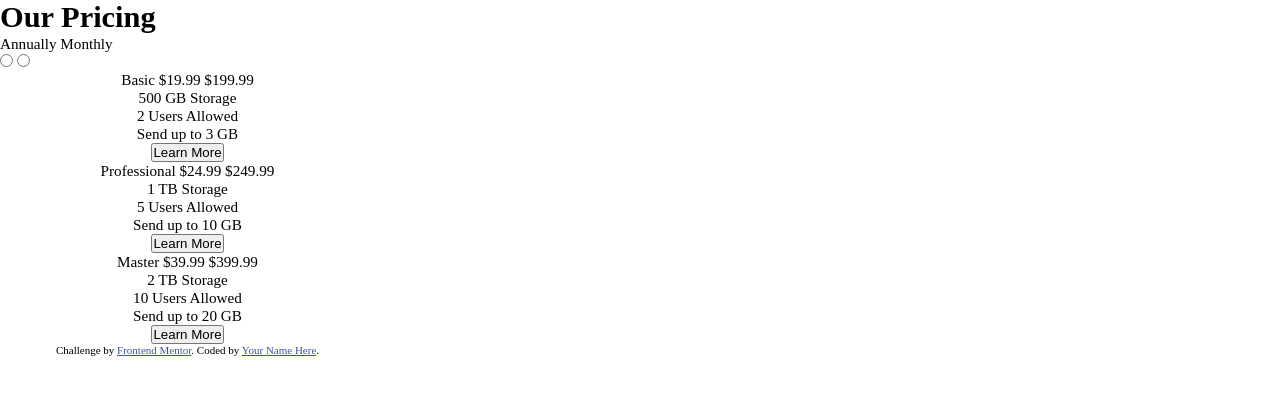
Repository: JuzzJoel/pricing-component-with-toggle-master
Page: index.html
The author's editor kept a copy of each file at every save. The page is drawn from the files as they stood at one save, then again after the next save.
The browser window is 1280 px wide. The pictures show the whole page.

Above is the page before, as saved 2025-05-24 08:00:19.

After the next save:
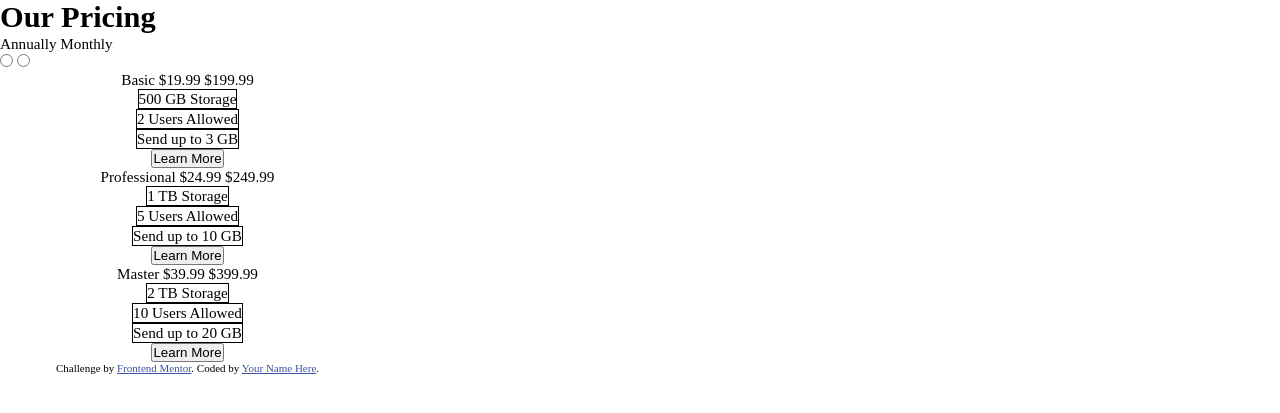
Saved 7 s later.
--- a/index.html
+++ b/index.html
@@ -72,7 +72,7 @@ body{
 
           .rows{
             height: 15%;
-            border: 1px ;
+            border: 1px solid ;
           }
           .rows-button{
             height: 25%;
